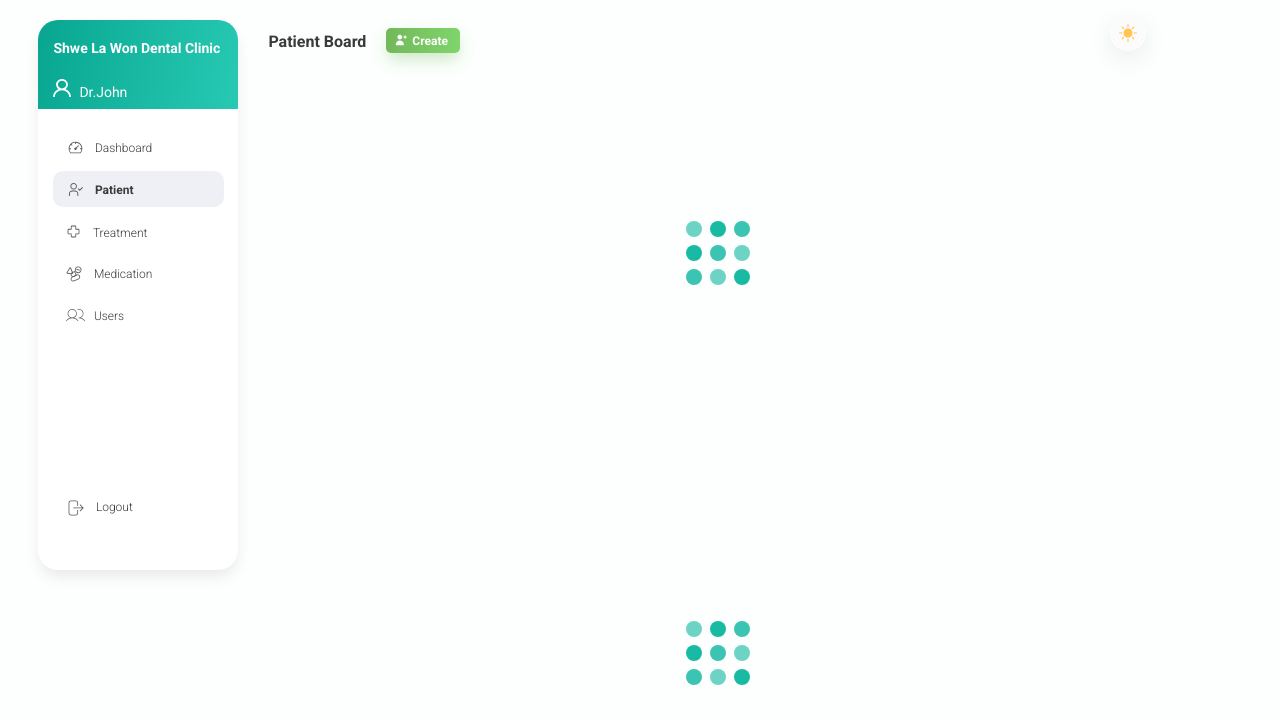
Repository: mrkaskar/frontendpatientrecord_typescript
Page: /patient
These files come from the project's save history. The page is drawn as it stood at one moment and after the next save; the edit follows.
The browser window is 1280 px wide. The pictures show the whole page.
The page's requests for data from a server got no answer. An inner scrolling area shows only its first screen. The project was rebuilt for these pictures with package versions that can differ from the ones it lists, and the page was loaded fresh each time. No one was signed in, and anything a server would have sent is missing. Also part of the build but not shown: src/components/checkbox/styles/index.css, src/components/checkbox/main.tsx, src/components/dropdown/styles/index.css, src/components/dropdown/main.tsx, src/components/iconbutton/styles/index.css, src/components/iconbutton/main.tsx, src/components/table/styles/index.css, src/components/table/main.tsx and 36 more.

Above is the page before, as saved 2021-12-26 21:28:50.

### src/index.tsx
import React from 'react';
import ReactDOM from 'react-dom';
import './index.css';
import { QueryClient, QueryClientProvider } from 'react-query';
import App from './App';
import ThemeProvider from './components/global/context/ThemeProvider';

const queryClient = new QueryClient();

ReactDOM.render(
  <ThemeProvider>
    <QueryClientProvider client={queryClient}>
      <App />
    </QueryClientProvider>
  </ThemeProvider>,
  document.getElementById('root'),
);

### src/index.css
body {
  margin: 0;
  font-family: -apple-system, BlinkMacSystemFont, 'Segoe UI', 'Roboto', 'Oxygen',
    'Ubuntu', 'Cantarell', 'Fira Sans', 'Droid Sans', 'Helvetica Neue',
    sans-serif;
  -webkit-font-smoothing: antialiased;
  -moz-osx-font-smoothing: grayscale;
}
body,
html {
  margin: 0;
  padding: 0;
}
* {
  box-sizing: border-box;
}
code {
  font-family: source-code-pro, Menlo, Monaco, Consolas, 'Courier New',
    monospace;
}

### src/App.tsx
import React, { useContext } from 'react';
import './App.css';
import {
  BrowserRouter as Router,
  Switch,
  Route,
} from 'react-router-dom';
import Colors from './components/global/themes/colors';
import { Toggler, Navbar } from './components';
import { ThemeContext } from './components/global/context/ThemeProvider';
import Dashboard from './screens/large/Dashboard';
import Patient from './screens/large/Patient';
import Medication from './screens/large/Medication';
import Treatment from './screens/large/Treatment';
import Users from './screens/large/Users';

function App():JSX.Element {
  const { theme } = useContext(ThemeContext);
  return (
    <div
      className="App"
      style={{
        backgroundColor: Colors.background[theme],
      }}
    >
      <Router>
        <div id="space">
          <div id="nav-space">
            <Navbar />
          </div>
          <div id="body-space">
            <span id="toggler">
              <Toggler />
            </span>
            <Switch>
              <Route path="/" exact component={Dashboard} />
              <Route path="/patient" exact component={Patient} />
              <Route path="/medication" exact component={Medication} />
              <Route path="/treatment" exact component={Treatment} />
              <Route path="/users" exact component={Users} />
            </Switch>
          </div>
        </div>
      </Router>
    </div>

  );
}

export default App;

### src/components/global/context/ThemeProvider.tsx
import React, { createContext } from 'react';

type Theme = 'light' | 'dark';

export interface IThemeContext {
  theme: Theme;
  toggleTheme: () => null
}
export const ThemeContext = createContext<IThemeContext>({
  theme: 'light',
  toggleTheme: () => null,
});

function ThemeProvider({ children }:{children: JSX.Element}):JSX.Element {
  const [theme, setTheme] = React.useState<Theme>('light');
  let toggleTheme = ():null => {
    setTheme((prevTheme) => (prevTheme === 'light' ? 'dark' : 'light'));
    return null;
  };
  toggleTheme = React.useCallback(toggleTheme, []);

  return (
    <ThemeContext.Provider
      value={{ theme, toggleTheme }}
    >
      {children}
    </ThemeContext.Provider>
  );
}

export default ThemeProvider;

### src/App.css
@import url('https://fonts.googleapis.com/css2?family=Roboto&display=swap');
@import url('https://fonts.googleapis.com/css2?family=Roboto:wght@100;300;400;700&display=swap');
body {
  font-family: 'Roboto', sans-serif;
}

.App {
  transition: 0.3s;
  padding-left: 3%;
  height: 100vh;
  overflow: auto;
}

#space {
  display: flex;
  padding-top: 20px;
}

#body-space {
  position: relative;
  padding-left: 30px;
  padding-top: 0px;
}
#toggler {
  position: absolute;
  right: 0;
  top: -20px;
}

.board-title {
  font-weight: bold;
  display: inline-block;
  margin-top: 8px;
}
#patient-create:hover {
  cursor: pointer;
}
select {
  font-size: 12px;
  height: 24px;
  margin-top: 10px;
  padding: 3px 5px 3px 5px;
  border-radius: 5px;
  border: none;
}

select:focus {
  outline: none;
}

### src/components/global/themes/colors/index.ts
export default {
  background: {
    light: '#FCFFFD',
    dark: '#222626',
  },
  inputback: {
    light: '#F3F3F3',
    dark: '#414141',
  },
  level1: {
    light: '#FFFFFF',
    dark: '#2C2D31',
  },
  text: {
    light: '#3A3A3A',
    dark: '#FFFFFF',
  },
  lightText: {
    light: '#595959',
    dark: '#FFFFFF',
  },
};

### src/components/index.ts
export { default as Checkbox } from './checkbox';
export { default as Dropdown } from './dropdown';
export { default as Table } from './table';
export { default as Toggler } from './global/themes';
export { default as TextBox } from './textbox';
export { default as Modal } from './modal';
export { default as Image } from './imageupload';
export { default as Navbar } from './navbar';
export { default as Dashcard } from './dashcard';
export { default as Button } from './button';
export { default as Loader } from './loading';

### src/screens/large/Patient.tsx
import React, { ReactElement } from 'react';
import { ThemeContext } from '../../components/global/context/ThemeProvider';
import colors from '../../components/global/themes/colors';
import { ReactComponent as Add } from '../../assets/addpatient.svg';
import './Patient.css';
import PatientTable from '../../modules/patient/components/PatientTable';
import CreateModal from '../../modules/patient/components/CreateModal';

function Patient():ReactElement {
  const { theme } = React.useContext(ThemeContext);
  const [modal, setModal] = React.useState(false);
  return (
    <div>
      {modal && <CreateModal modal={modal} setModal={setModal} />}
      <span
        className="board-title"
        style={{
          color: colors.text[theme],
        }}
      >
        Patient Board
        <span
          aria-hidden="true"
          onClick={() => setModal(true)}
          id="patient-create"
          style={{
            display: 'inline-block',
            background: 'linear-gradient(90deg, #73B85A 0%, #87E777 165%)',
            boxShadow: '0px 8px 16px -2px rgba(116, 186, 92, 0.35)',
            borderRadius: '5px',
            boxSizing: 'border-box',
            paddingLeft: '8px',
            width: '74px',
            height: '25px',
            color: 'white',
            paddingTop: '4px',
            position: 'relative',
            marginLeft: '20px',
          }}
        >
          <Add />
          <span style={{
            fontSize: '12px',
            position: 'absolute',
            top: '6px',
            left: '26px',
          }}
          >
            Create
          </span>
        </span>
      </span>

      <div id="patient-board-body">
        <PatientTable />
      </div>
    </div>
  );
}

export default Patient;

### src/modules/patient/components/PatientTable.tsx
import React, { ReactElement } from 'react';
import { useMutation, useQuery, useQueryClient } from 'react-query';
import { Loader, Table } from '../../../components';
import DetailModal from './DetailModal';
import { deletePatient, getAllPatient } from '../api/apiFunctions';
import CreateModal from './CreateModal';
import DeleteModal from '../../global/DeleteModal';

function PatientTable():ReactElement {
  const [detailModal, setDetailModal] = React.useState(false);
  const [editModal, setEditModal] = React.useState(false);
  const [deleteModal, setDeleteModal] = React.useState(false);
  const allpatient = useQuery('patients', getAllPatient);
  const [detailid, setDetailid] = React.useState('initial');
  const [data, setData] = React.useState<{headers:string[], body:string[][]}>({
    headers: ['Registration', 'Name', 'Phone', 'Age', 'Address', 'Actions'],
    body: [[]],
  });
  const [chosen, setChosen] = React.useState<
  {
    id: string
    folderId: string
    reg: string
    name: string
    phone: string
    age: string
    address: string
    total: number
    date: string
    takenTreatment: {id: string, tname: string, cost: number}[]
    medicine: {id: string, mname: string, munit: number, cost: number, stock: string}[]
    medCount: number[]
    images: string[]
  }
  >();
  React.useEffect(() => {
    if (allpatient.data) {
      const patients:string[][] = [];
      allpatient.data.forEach((patient) => {
        patients.push([
          patient.reg,
          patient.name,
          patient.phone,
          patient.age,
          patient.address,
          'actions',
          patient.id,
        ]);
      });
      setData({ ...data, body: patients });
    }
  // eslint-disable-next-line react-hooks/exhaustive-deps
  }, [allpatient.data, detailid]);

  React.useEffect(() => {
    if (detailid.length >= 10 && data.body.length > 0 && allpatient.data) {
      const patient = allpatient.data.find((e) => e.id === detailid);
      if (patient) {
        const { treatment } = patient;
        const chosenP = {
          id: patient.id,
          folderId: patient.folderId,
          reg: patient.reg,
          name: patient.name,
          phone: patient.phone,
          age: patient.age,
          address: patient.address,
          total: patient.total,
          date: patient.date,
          // eslint-disable-next-line no-underscore-dangle
          takenTreatment: treatment.map((ee) => ({ id: ee._id, tname: ee.name, cost: +ee.charge })),
          // eslint-disable-next-line max-len
          medicine: patient.medicine.map((ee, index) => ({
          // eslint-disable-next-line no-underscore-dangle
            id: ee._id,
            mname: ee.name,
            munit: patient.medCount[index],
            cost: +ee.price,
            stock: ee.stock,
          })),
          medCount: patient.medCount,
          images: patient.images,
        };
        setChosen(chosenP);
      }
    }
  // eslint-disable-next-line react-hooks/exhaustive-deps
  }, [data.body, detailid]);

  const queryClient = useQueryClient();

  // eslint-disable-next-line max-len
  const deleteP = useMutation((dataid:{id: string, folderId: string}) => deletePatient(dataid), {
    onSuccess: () => {
      setDeleteModal(false);
    },
  });
  const todelete = ():void => {
    if (chosen) {
      setTimeout(() => {
        setData({ ...data, body: data.body.filter((e) => e[6] !== chosen.id) });
      }, 100);
      setTimeout(() => {
        queryClient.removeQueries('patients');
      }, 100);
      deleteP.mutate({ id: chosen.id, folderId: chosen.folderId });
    }
  };
  return (
    <div>

      {
      detailModal && chosen && (
      <DetailModal
        userdata={chosen}
        setDetailModal={setDetailModal}
      />
      )
    }
      {
      editModal && chosen && (
        <CreateModal
          modal={editModal}
          setModal={setEditModal}
          patientdata={chosen}
        />
      )
    }
      {
        // eslint-disable-next-line no-nested-ternary
        deleteModal && !deleteP.isLoading ? (
          <DeleteModal
            setDeleteModal={setDeleteModal}
            confirm={todelete}
          />
        ) : 1 < 2
          ? (
            <div
              style={{
                height: '400px',
                display: 'flex',
                justifyContent: 'center',
                alignItems: 'center',

              }}
            >
              <Loader />
            </div>
          )
          : null
      }
      <div style={{ width: '900px' }}>
        {
      allpatient.isLoading
        ? (
          <div
            style={{
              height: '400px',
              display: 'flex',
              justifyContent: 'center',
              alignItems: 'center',
            }}
          >
            <Loader />
          </div>
        )
        : (
          <Table
            setDetailModal={setDetailModal}
            setEditModal={setEditModal}
            setDeleteModal={setDeleteModal}
            setDetailid={setDetailid}
            data={data}

          />
        )
    }
      </div>
    </div>
  );
}

export default PatientTable;

### src/components/global/themes/main.tsx
import React, { CSSProperties } from 'react';
import { ThemeContext } from '../context/ThemeProvider';
import { ReactComponent as Moon } from './assets/moon.svg';
import { ReactComponent as Sun } from './assets/sun.svg';

function Toggler():JSX.Element {
  const { theme, toggleTheme } = React.useContext(ThemeContext);

  const styles :CSSProperties = {
    width: 80,
    height: 80,
    display: 'flex',
    justifyContent: 'center',
    alignItems: 'center',
  };
  return (
    <div>
      {
        theme === 'light'
          ? (
            <div style={styles} aria-hidden="true" onClick={toggleTheme}>
              <Sun />
            </div>
          )
          : (
            <div style={styles} aria-hidden="true" onClick={toggleTheme}>
              <Moon />
            </div>
          )
      }
    </div>
  );
}

export default Toggler;

### src/components/navbar/main.tsx
import React, { ReactElement } from 'react';
import { Link, useLocation } from 'react-router-dom';

import Navitem from './nav-item';
import './styles/index.css';
import { ReactComponent as User } from './assets/user.svg';
import { ReactComponent as Home } from './assets/home.svg';
import { ReactComponent as Patient } from './assets/patient.svg';
import { ReactComponent as Treatment } from './assets/treatment.svg';
import { ReactComponent as Medicine } from './assets/medicine.svg';
import { ReactComponent as Users } from './assets/users.svg';
import { ReactComponent as Logout } from './assets/logout.svg';
import colors from '../global/themes/colors';
import { ThemeContext } from '../global/context/ThemeProvider';

const paths = {
  dashboard: '/',
  patient: '/patient',
  treatment: '/treatment',
  medication: '/medication',
  users: '/users',
};
function Navbar():ReactElement {
  const { theme } = React.useContext(ThemeContext);
  const { pathname } = useLocation();
  const {
    dashboard, patient, treatment, medication, users,
  } = paths;
  return (
    <div
      id="nav-wrapper"
      style={{
        backgroundColor: colors.level1[theme],
      }}
    >
      <div id="nav-header">
        <span id="title">
          Shwe La Won Dental Clinic
        </span>
        <span id="usericon">
          <User />
        </span>
        <span id="username">
          Dr.John
        </span>
      </div>
      <div
        id="nav-body"
        style={{
          color: colors.text[theme],
        }}
      >

        <Link to={dashboard}>
          <Navitem
            Icon={Home}
            label="Dashboard"
            active={pathname === dashboard}
            theme={theme}
          />
        </Link>
        <Link to={patient}>
          <Navitem
            Icon={Patient}
            label="Patient"
            theme={theme}
            active={pathname === patient}
          />
        </Link>
        <Link to={treatment}>
          <Navitem
            Icon={Treatment}
            label="Treatment"
            theme={theme}
            active={pathname === treatment}
          />
        </Link>
        <Link to={medication}>
          <Navitem
            Icon={Medicine}
            label="Medication"
            theme={theme}
            active={pathname === medication}
          />
        </Link>
        <Link to={users}>
          <Navitem
            Icon={Users}
            label="Users"
            theme={theme}
            active={pathname === users}
          />
        </Link>
        <div style={{
          height: '150px',
        }}
        />
        <Navitem
          Icon={Logout}
          label="Logout"
          theme={theme}
        />

      </div>
    </div>
  );
}

export default Navbar;

### src/components/loading/main.tsx
import React, { ReactElement } from 'react';
import './styles/index.css';

function Loader():ReactElement {
  return (

    <div className="lds-grid">
      <div />
      <div />
      <div />
      <div />
      <div />
      <div />
      <div />
      <div />
      <div />
    </div>
  );
}

export default Loader;

### src/helpers/api/backend.ts
// const base = 'https://backendpatientapp.herokuapp.com';
const base = 'http://localhost:5000';
export const url = `${base}/api`;

### src/modules/patient/api/apiFunctions.ts
import axios from 'axios';
import { url } from '../../../helpers/api/backend';

export interface IPatient {
  id: string;
  reg: string;
  name: string;
  phone: string;
  age: string;
  address: string;
  folderId: string;
  total: number;
  date: string;
  treatment: {_id: string, name: string, charge: string}[];
  medicine: {_id: string, name: string, price: string, stock: string}[];
  medCount: number[];
  images: string[];
}

export async function getAllPatient(): Promise<IPatient[]> {
  const result = await axios.get(`${url}/patients/get`);
  const { data } = result;

  return data;
}

export interface IUploadPatient {
  name: string;
  phone: string;
  address: string;
  regNum: string;
  age: string;
  total: number;
  treatments: string;
  medicine: string;
  images: string;
  id?:string;
}
export async function createPatient(data:IUploadPatient): Promise<void> {
  try {
    await axios.post(`${url}/patients/add`, data);
  } catch {
    throw new Error();
  }
}

export async function updatePatient(data:IUploadPatient): Promise<void> {
  try {
    await axios.post(`${url}/patients/update`, data);
  } catch {
    throw new Error();
  }
}

export async function deletePatient(data:{id: string, folderId: string}): Promise<void> {
  try {
    await axios.post(`${url}/patients/delete`, data);
  } catch {
    throw new Error();
  }
}

### src/components/navbar/styles/index.css
#nav-wrapper {
  box-shadow: 0px 8px 16px -2px rgba(0, 0, 0, 0.09);
  border-radius: 20px;
  width: 200px;
  height: 550px;
}

#nav-header {
  box-sizing: border-box;
  background: linear-gradient(100.95deg, #09a792 2.81%, #32d5bf 132.37%);
  border-radius: 20px 20px 0px 0px;
  width: 200px;
  height: 89px;
  color: white;
  padding-top: 20px;
  padding-left: 15px;
  font-size: 14px;
  margin-bottom: 20px;
}

#title {
  font-weight: bold;
  display: block;
  margin-bottom: 23px;
}

#username {
  margin-left: 8px;
}

a {
  color: inherit;
  text-decoration: none;
}

### src/components/loading/styles/index.css
.lds-grid {
  display: inline-block;
  position: relative;
  width: 80px;
  height: 80px;
}
.lds-grid div {
  position: absolute;
  width: 16px;
  height: 16px;
  border-radius: 50%;
  background: rgb(0, 179, 155);
  animation: lds-grid 1.2s linear infinite;
}
.lds-grid div:nth-child(1) {
  top: 8px;
  left: 8px;
  animation-delay: 0s;
}
.lds-grid div:nth-child(2) {
  top: 8px;
  left: 32px;
  animation-delay: -0.4s;
}
.lds-grid div:nth-child(3) {
  top: 8px;
  left: 56px;
  animation-delay: -0.8s;
}
.lds-grid div:nth-child(4) {
  top: 32px;
  left: 8px;
  animation-delay: -0.4s;
}
.lds-grid div:nth-child(5) {
  top: 32px;
  left: 32px;
  animation-delay: -0.8s;
}
.lds-grid div:nth-child(6) {
  top: 32px;
  left: 56px;
  animation-delay: -1.2s;
}
.lds-grid div:nth-child(7) {
  top: 56px;
  left: 8px;
  animation-delay: -0.8s;
}
.lds-grid div:nth-child(8) {
  top: 56px;
  left: 32px;
  animation-delay: -1.2s;
}
.lds-grid div:nth-child(9) {
  top: 56px;
  left: 56px;
  animation-delay: -1.6s;
}
@keyframes lds-grid {
  0%,
  100% {
    opacity: 1;
  }
  50% {
    opacity: 0.5;
  }
}

### src/components/navbar/nav-item/main.tsx
import React, { ReactElement } from 'react';
import './styles/index.css';

interface INavItem{
  Icon: React.FunctionComponent<React.SVGProps<SVGSVGElement>>
  label: string
  active?: boolean
  theme: 'dark' | 'light'
}

function Navitem({
  Icon, label, active, theme,
}:INavItem):ReactElement {
  return (
    <div
      className={`nav-item-wrapper ${active ? 'nav-active' : null}`}
      style={{
        // eslint-disable-next-line no-nested-ternary
        backgroundColor: active ? (theme === 'light' ? '#EEF0F6' : '#35363B') : '',

      }}
    >
      <div className={`nav-icon ${label}-icon`}>
        <Icon
          style={{
            filter: `${theme === 'dark' ? 'invert(100%) sepia(0%) saturate(8%) hue-rotate(236deg) brightness(104%) contrast(105%)' : ''}`,
          }}
        />
      </div>
      <div className={`nav-label ${label}`}>
        {label}
      </div>
    </div>
  );
}

Navitem.defaultProps = {
  active: false,
};

export default Navitem;

### src/components/navbar/nav-item/styles/index.css
.nav-item-wrapper {
  box-sizing: border-box;
  padding: 11px 0px 7px 15px;
  height: 36px;
  font-size: 12px;
  width: 171px;
  margin: 0 auto;
  display: flex;
  margin-bottom: 6px;
  font-weight: 300;
}
.nav-item-wrapper:hover {
  cursor: pointer;
}

.nav-active {
  font-weight: bold;
  border-radius: 10px;
}
.nav-label {
  margin-left: 12px;
  display: inline-block;
  height: 15px;
}
.Users {
  margin-top: 1px;
  margin-left: 8px;
}
.Dashboard {
  margin-top: 1px;
}
.Patient {
  margin-top: 1px;
}
.Medication {
  margin-top: 1px;
  margin-left: 10px;
}
.Treatment {
  margin-top: 2px;
}
.Treatment-icon {
  margin-left: -2px;
}
.Medication-icon {
  margin-left: -4px;
  margin-top: -2px;
}
.Users-icon {
  margin-left: -3px;
  margin-top: -3px;
}

Loaded but not shown: public/index.html (common file); src/components/checkbox/index.ts (common file); src/components/dropdown/index.ts (common file); src/components/table/index.ts (common file); src/components/global/themes/index.ts (common file); src/components/textbox/index.ts (common file); src/components/modal/index.ts (common file); src/components/imageupload/index.ts (common file); src/components/navbar/index.ts (common file); src/components/dashcard/index.ts (common file); src/components/button/index.ts (common file); src/components/loading/index.ts (common file); src/components/navbar/nav-item/index.ts (common file)

After the next save:
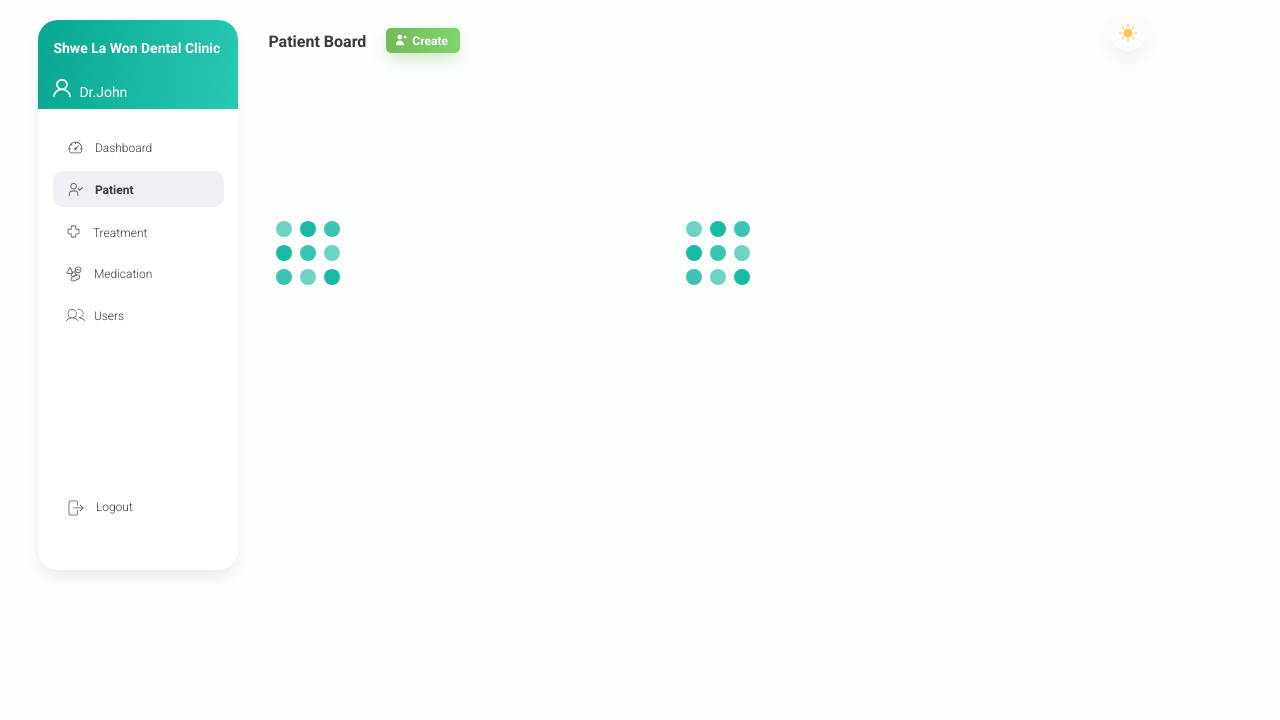
Saved 11 s later.
--- a/src/modules/patient/components/PatientTable.tsx
+++ b/src/modules/patient/components/PatientTable.tsx
@@ -141,6 +141,7 @@ function PatientTable():ReactElement {
                 display: 'flex',
                 justifyContent: 'center',
                 alignItems: 'center',
+                position: 'absolute',
 
               }}
             >
